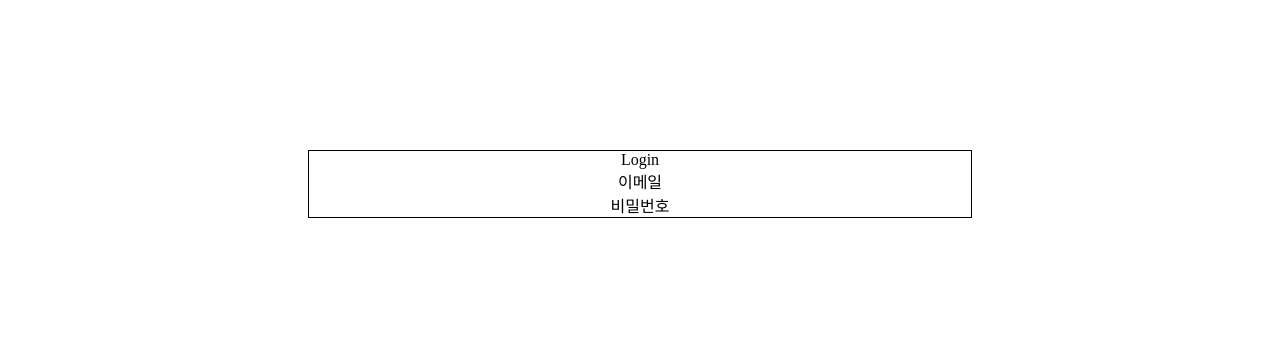
Repository: smandkd/Multicampus_Frontend
Page: http://localhost/Mulcam_Project/jsp/login.jsp
The author's editor kept a copy of each file at every save. The page is drawn from the files as they stood at one save, then again after the next save.
The browser window is 1280 px wide. The pictures show the whole page.
The page is served by Tomcat 9.

Above is the page before, as saved 2022-01-30 01:56:49.

After the next save:
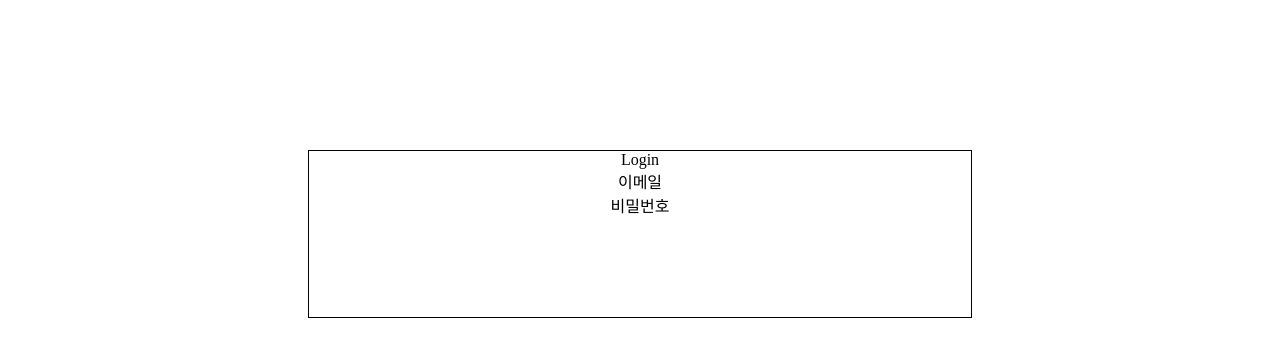
Saved 86 s later.
--- a/Mulcam_Project/jsp/login.jsp
+++ b/Mulcam_Project/jsp/login.jsp
@@ -13,7 +13,7 @@
 	border:1px solid;
 }
 .b {
-
+	padding-bottom:100px;
 }
 </style>
 </head>
